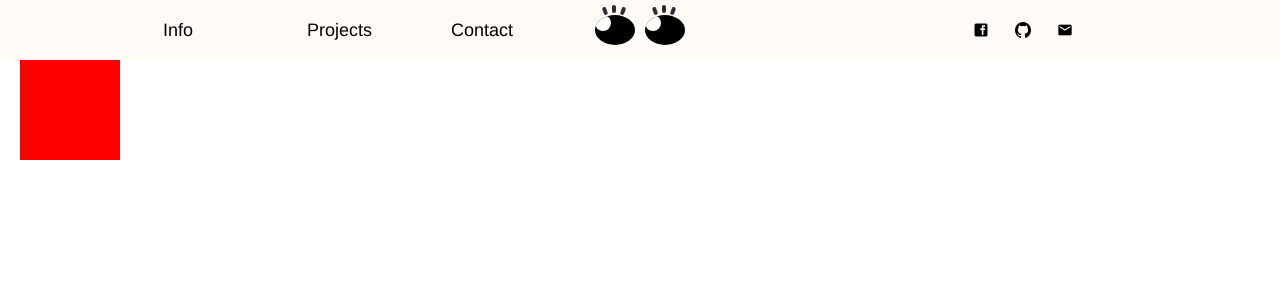
Repository: jinghuai8092/personal_website
Page: /
The author's editor kept a copy of each file at every save. The page is drawn from the files as they stood at one save, then again after the next save.
The browser window is 1280 px wide. The pictures show the whole page.
The project was rebuilt for these pictures with package versions that can differ from the ones it lists, and the page was loaded fresh each time.

Above is the page before, as saved 2021-09-09 22:16:35.

After the next save:
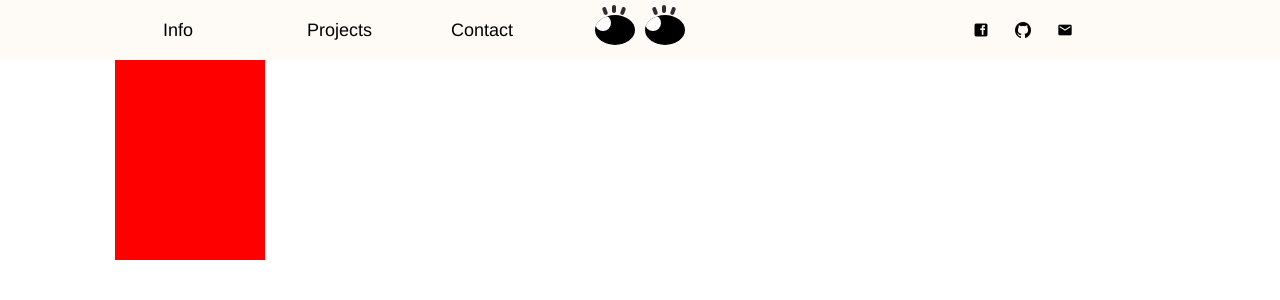
Saved 2 min 46 s later.
--- a/src/common/header/header.module.css
+++ b/src/common/header/header.module.css
@@ -77,8 +77,8 @@
 }
 .infoMenu{
     position: absolute;
-    height: 100px;
-    width: 100px;
+    height: 200px;
+    width: 150px;
     background-color: red;
-    left: 20px;
+    left: 115px;
 }
